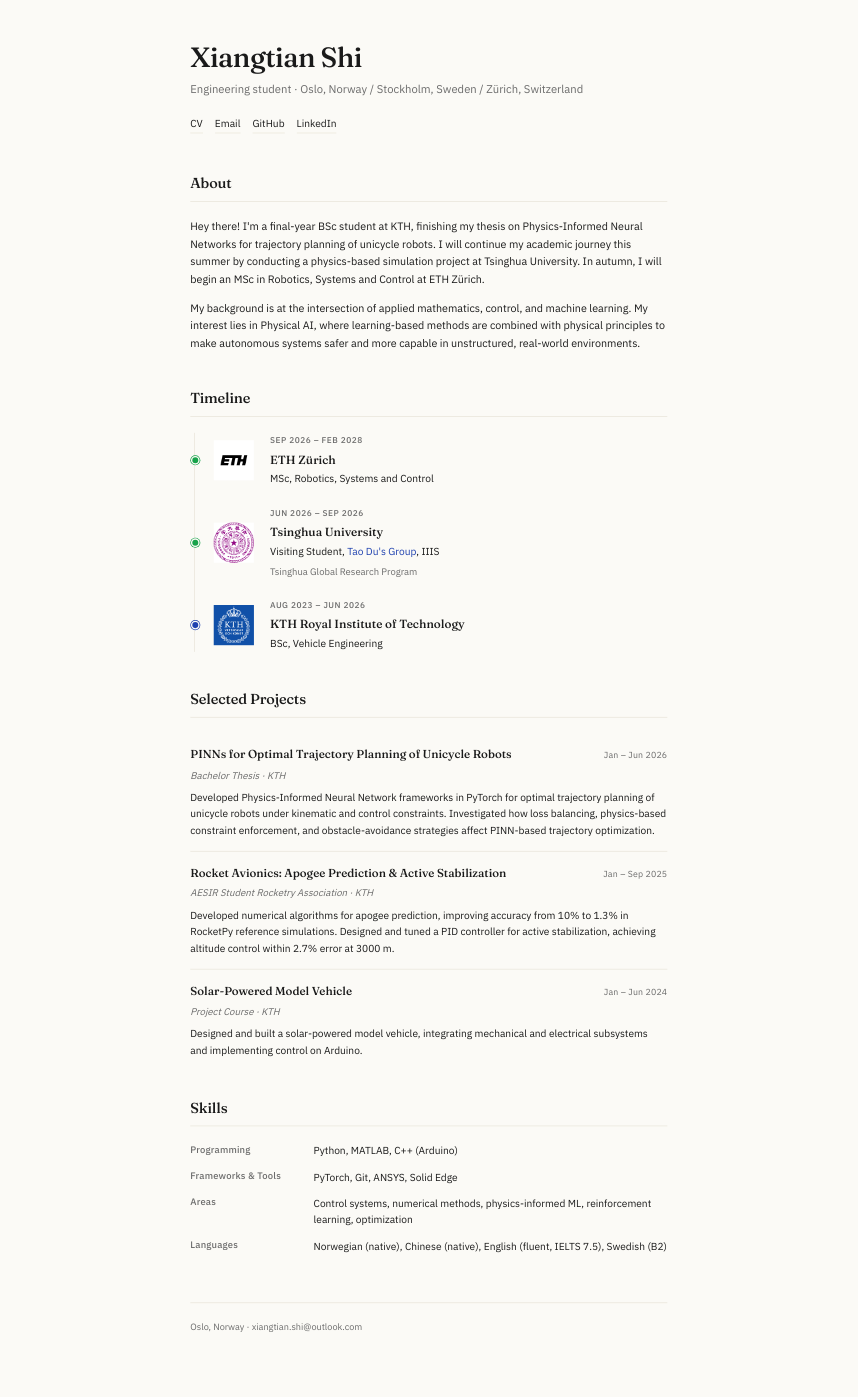
Repository: xitisch/xitisch.github.io
Page: index.html
These files come from the project's save history. The page is drawn as it stood at one moment and after the next save; the edit follows.
The browser window is 1280 px wide. The pictures show the whole page, at 67% of full size.

Above is the page before, as saved 2026-06-08 03:29:14.

### index.html
<!doctype html>
<html lang="en">
<head>
  <meta charset="UTF-8">
  <meta name="viewport" content="width=device-width, initial-scale=1.0">
  <link rel="stylesheet" href="style.css">
  <title>Xiangtian Shi</title>
</head>
<body>
  <div class="container">

    <header>
      <h1>Xiangtian Shi</h1>
      <p class="tagline">Engineering student &middot; Oslo, Norway / Stockholm, Sweden / Zürich, Switzerland</p>
      <nav class="header-links">
        <a href="XiangtianShi_CV.pdf" target="_blank">CV</a>
        <a href="mailto:xiangtian.shi@outlook.com">Email</a>
        <a href="https://github.com/xitisch">GitHub</a>
        <a href="https://www.linkedin.com/in/xiangtian-shi-5ab47428b/">LinkedIn</a>
      </nav>
    </header>

    <section>
      <h2>About</h2>
      <p>
      Hey there! I'm a final-year BSc student at KTH, finishing my thesis on Physics-Informed Neural Networks for trajectory planning of unicycle robots. I will continue my academic journey this summer by conducting a physics-based simulation project at Tsinghua University. In autumn, I will begin an MSc in Robotics, Systems and Control at ETH Zürich.
      </p>
      <p>
      My background is at the intersection of applied mathematics, control, and machine learning. My interest lies in Physical AI, where learning-based methods are combined with physical principles to make autonomous systems safer and more capable in unstructured, real-world environments.
      </p>
    </section>

    <section>
      <h2>Timeline</h2>
      <div class="timeline">

        <div class="timeline-item current">
          <img class="timeline-logo" src="images/eth.png" alt="ETH logo">
          <div class="timeline-item-text">
            <div class="timeline-date">Sep 2026 &ndash; Feb 2028</div>
            <div class="timeline-title">ETH Zürich</div>
            <div class="timeline-meta">MSc, Robotics, Systems and Control</div>
          </div>
        </div>

        <div class="timeline-item current">
          <img class="timeline-logo" src="images/thu.png" alt="THU logo">
          <div class="timeline-item-text">
            <div class="timeline-date">Jun 2026 &ndash; Sep 2026</div>
            <div class="timeline-title">Tsinghua University</div>
            <div class="timeline-meta">Visiting Student, <a href="https://people.iiis.tsinghua.edu.cn/~taodu/">Tao Du's Group</a>, IIIS</div>
            <div class="timeline-note">Tsinghua Global Research Program</div>
          </div>
        </div>

        <div class="timeline-item">
          <img class="timeline-logo" src="images/kth.jpg" alt="KTH logo">
          <div class="timeline-item-text">
            <div class="timeline-date">Aug 2023 &ndash; Jun 2026</div>
            <div class="timeline-title">KTH Royal Institute of Technology</div>
            <div class="timeline-meta">BSc, Vehicle Engineering</div>
          </div>
        </div>

      </div>
    </section>

    <section>
      <h2>Selected Projects</h2>

      <!--
      <article class="project">
        <div class="project-header">
          <h3 class="project-title">Reinforcement Learning for Soft Robot Control <span class="tag">Upcoming</span></h3>
          <div class="project-date">Jun &ndash; Aug 2026</div>
        </div>
        <div class="project-affiliation">Tao Du's Group, IIIS &middot; Tsinghua University</div>
        <p class="project-description">
          Extending a simulation framework to develop RL-based control of soft robotic systems in fluid environments, using lattice Boltzmann simulations.
        </p>
      </article>
      -->

      <article class="project">
        <div class="project-header">
          <h3 class="project-title">PINNs for Optimal Trajectory Planning of Unicycle Robots</h3>
          <div class="project-date">Jan &ndash; Jun 2026</div>
        </div>
        <div class="project-affiliation">Bachelor Thesis &middot; KTH</div>
        <p class="project-description">
          Developed Physics-Informed Neural Network frameworks in PyTorch for optimal trajectory planning of unicycle robots under kinematic and control constraints. Investigated how loss balancing, physics-based constraint enforcement, and obstacle-avoidance strategies affect PINN-based trajectory optimization.
        </p>
      </article>

      <article class="project">
        <div class="project-header">
          <h3 class="project-title">Rocket Avionics: Apogee Prediction &amp; Active Stabilization</h3>
          <div class="project-date">Jan &ndash; Sep 2025</div>
        </div>
        <div class="project-affiliation">AESIR Student Rocketry Association &middot; KTH</div>
        <p class="project-description">
          Developed numerical algorithms for apogee prediction, improving accuracy from 10% to 1.3% in RocketPy reference simulations. Designed and tuned a PID controller for active stabilization, achieving altitude control within 2.7% error at 3000&nbsp;m.
        </p>
      </article>

      <article class="project">
        <div class="project-header">
          <h3 class="project-title">Solar-Powered Model Vehicle</h3>
          <div class="project-date">Jan &ndash; Jun 2024</div>
        </div>
        <div class="project-affiliation">Project Course &middot; KTH</div>
        <p class="project-description">
          Designed and built a solar-powered model vehicle, integrating mechanical and electrical subsystems and implementing control on Arduino.
        </p>
      </article>

    </section>

    <section>
      <h2>Skills</h2>
      <dl class="skills-grid">
        <dt>Programming</dt>
        <dd>Python, MATLAB, C++ (Arduino)</dd>

        <dt>Frameworks &amp; Tools</dt>
        <dd>PyTorch, Git, ANSYS, Solid Edge</dd>

        <dt>Areas</dt>
        <dd>Control systems, numerical methods, physics-informed ML, reinforcement learning, optimization</dd>

        <dt>Languages</dt>
        <dd>Norwegian (native), Chinese (native), English (fluent, IELTS 7.5), Swedish (B2)</dd>
      </dl>
    </section>

    <!--
    <section>
      <h2>Beyond Engineering</h2>
      <p>
        Outside of work I play violin (10+ years, former regional competition winner) and table tennis (regional club), and spend as much time as possible hiking, skiing, and running &mdash; most recently the Stockholm Half Marathon 2025. From 2019 to 2022 I competed in Esports; my team won the PUBG Mobile Pro League Western Europe 2021 Spring Season among 16 professional teams.
      </p>
    </section>
    -->

    <footer>
      <p>Oslo, Norway &middot; <a href="mailto:xiangtian.shi@outlook.com">xiangtian.shi@outlook.com</a></p>
    </footer>

  </div>
</body>
</html>

### style.css
@import url('https://fonts.googleapis.com/css2?family=Fraunces:opsz,wght@9..144,400;9..144,500;9..144,600&family=IBM+Plex+Sans:wght@400;500;600&display=swap');

:root {
  --bg: #fbfaf6;
  --text: #1a1a1a;
  --text-muted: #6b6b6b;
  --border: #e7e3d7;
  --accent: #1e40af;
  --accent-soft: rgba(30, 64, 175, 0.08);
  --serif: 'Fraunces', Georgia, serif;
  --sans: 'IBM Plex Sans', -apple-system, BlinkMacSystemFont, sans-serif;
}

* { box-sizing: border-box; }

html { -webkit-text-size-adjust: 100%; }

body {
  font-family: var(--sans);
  background: var(--bg);
  color: var(--text);
  line-height: 1.65;
  margin: 0;
  font-size: 16px;
  -webkit-font-smoothing: antialiased;
  -moz-osx-font-smoothing: grayscale;
}

.container {
  max-width: 760px;
  margin: 0 auto;
  padding: 64px 24px 80px;
}

/* ---------- Typography ---------- */

h1 {
  font-family: var(--serif);
  font-weight: 500;
  font-size: 2.6rem;
  line-height: 1.05;
  margin: 0 0 0.3em;
  letter-spacing: -0.02em;
}

h2 {
  font-family: var(--serif);
  font-weight: 500;
  font-size: 1.35rem;
  margin: 0 0 1.1em;
  letter-spacing: -0.01em;
  padding-bottom: 0.4em;
  border-bottom: 1px solid var(--border);
}

h3 {
  margin: 0;
  font-weight: 500;
  font-size: 1rem;
}

p { margin: 0 0 1em; }

a {
  color: var(--accent);
  text-decoration: none;
  border-bottom: 1px solid transparent;
  transition: border-color 0.15s ease;
}

a:hover { border-bottom-color: var(--accent); }

/* ---------- Header ---------- */

header { margin-bottom: 56px; }

.tagline {
  color: var(--text-muted);
  font-size: 1.05rem;
  margin: 0 0 1.4em;
  max-width: 60ch;
}

.header-links {
  display: flex;
  flex-wrap: wrap;
  gap: 18px;
  font-size: 0.95rem;
}

.header-links a {
  color: var(--text);
  border-bottom: 1px solid var(--border);
  padding-bottom: 2px;
}

.header-links a:hover {
  border-bottom-color: var(--accent);
  color: var(--accent);
}

/* ---------- Sections ---------- */

section { margin-bottom: 52px; }

/* ---------- Timeline ---------- */

.timeline {
  position: relative;
  margin-left: 6px;
  padding-left: 28px;
  border-left: 1px solid var(--border);
}

.timeline-item {
  position: relative;
  margin-bottom: 28px;
  display: flex;
  align-items: center;
  gap: 24px;
}

.timeline-item-text {
  flex: 1 1 auto;
  min-width: 0;
}

.timeline-logo {
  width: 60px;
  height: 60px;
  object-fit: contain;
  flex-shrink: 0;
}

.timeline-item:last-child { margin-bottom: 0; }

.timeline-item::before {
  content: '';
  position: absolute;
  left: -34px;
  top: 50%;
  transform: translateY(-50%);
  width: 9px;
  height: 9px;
  background: var(--accent);
  border-radius: 50%;
  border: 2px solid var(--bg);
  box-shadow: 0 0 0 1px var(--accent);
}

.timeline-item.current::before {
  background: #16a34a;
  box-shadow: 0 0 0 1px #16a34a;
}

.timeline-item.future::before {
  background: var(--bg);
  box-shadow: 0 0 0 1px var(--accent);
}

.timeline-date {
  font-size: 0.78rem;
  color: var(--text-muted);
  font-weight: 500;
  letter-spacing: 0.06em;
  text-transform: uppercase;
  margin-bottom: 4px;
}

.timeline-title {
  font-family: var(--serif);
  font-size: 1.1rem;
  font-weight: 500;
  margin-bottom: 2px;
}

.timeline-meta {
  color: var(--text);
  font-size: 0.95rem;
}

.timeline-note {
  margin-top: 6px;
  font-size: 0.88rem;
  color: var(--text-muted);
}

/* ---------- Projects / Experience entries ---------- */

.project {
  padding: 18px 0;
  border-bottom: 1px solid var(--border);
}

.project:first-child { padding-top: 4px; }
.project:last-child { border-bottom: none; padding-bottom: 4px; }

.project-header {
  display: flex;
  justify-content: space-between;
  align-items: baseline;
  gap: 16px;
  margin-bottom: 4px;
  flex-wrap: wrap;
}

.project-title {
  font-family: var(--serif);
  font-size: 1.08rem;
  font-weight: 500;
  flex: 1 1 auto;
  min-width: 0;
}

.project-date {
  font-size: 0.82rem;
  color: var(--text-muted);
  white-space: nowrap;
  letter-spacing: 0.02em;
}

.project-affiliation {
  color: var(--text-muted);
  font-size: 0.9rem;
  margin-bottom: 8px;
  font-style: italic;
}

.project-description {
  margin: 0;
  font-size: 0.95rem;
}

.tag {
  display: inline-block;
  font-family: var(--sans);
  font-size: 0.68rem;
  padding: 2px 8px;
  background: var(--accent-soft);
  color: var(--accent);
  border-radius: 3px;
  margin-left: 8px;
  font-weight: 500;
  letter-spacing: 0.08em;
  text-transform: uppercase;
  vertical-align: middle;
  font-style: normal;
}

/* ---------- Skills ---------- */

.skills-grid {
  display: grid;
  grid-template-columns: 160px 1fr;
  gap: 14px 24px;
  margin: 0;
}

.skills-grid dt {
  font-weight: 500;
  color: var(--text-muted);
  font-size: 0.88rem;
  letter-spacing: 0.02em;
}

.skills-grid dd {
  margin: 0;
  font-size: 0.95rem;
}

/* ---------- Footer ---------- */

footer {
  margin-top: 72px;
  padding-top: 24px;
  border-top: 1px solid var(--border);
  font-size: 0.85rem;
  color: var(--text-muted);
}

footer a { color: var(--text-muted); }
footer a:hover { color: var(--accent); }

/* ---------- Responsive ---------- */

@media (max-width: 600px) {
  .container { padding: 40px 20px 60px; }
  h1 { font-size: 2.05rem; }
  h2 { font-size: 1.2rem; }

  .skills-grid {
    grid-template-columns: 1fr;
    gap: 2px 0;
  }
  .skills-grid dt { margin-top: 10px; }
  .skills-grid dt:first-child { margin-top: 0; }

  .project-header {
    flex-direction: column;
    align-items: flex-start;
    gap: 2px;
  }
  .project-date { font-size: 0.78rem; }

  .timeline { padding-left: 22px; }
  .timeline-item::before { left: -28px; }
  .timeline-item { gap: 16px; }
  .timeline-logo { width: 48px; height: 48px; }
}

After the next save:
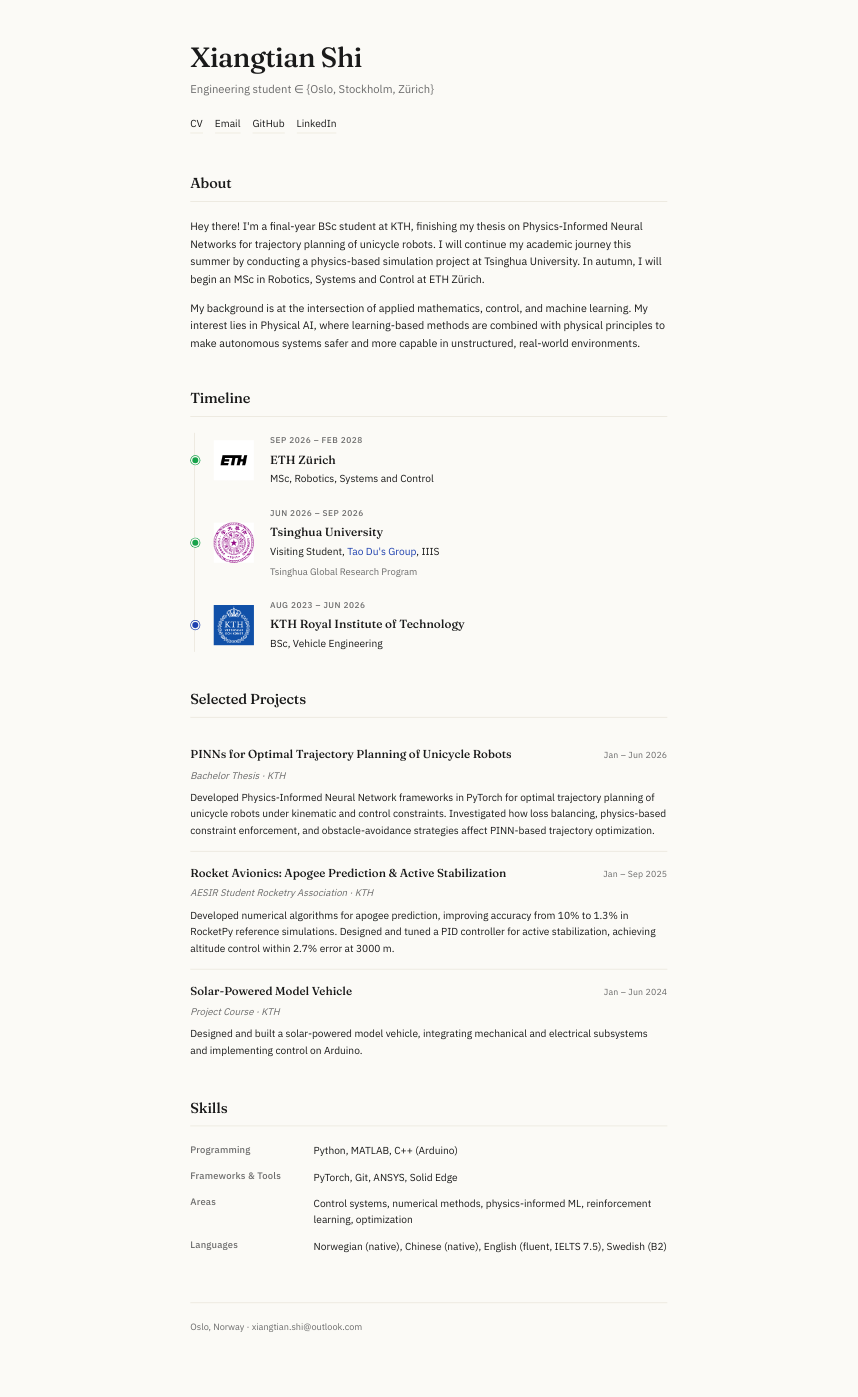
Saved 117 s later.
--- a/index.html
+++ b/index.html
@@ -11,7 +11,7 @@
 
     <header>
       <h1>Xiangtian Shi</h1>
-      <p class="tagline">Engineering student &middot; Oslo, Norway / Stockholm, Sweden / Zürich, Switzerland</p>
+      <p class="tagline">Engineering student &isin; {Oslo, Stockholm, Zürich}</p>
       <nav class="header-links">
         <a href="XiangtianShi_CV.pdf" target="_blank">CV</a>
         <a href="mailto:xiangtian.shi@outlook.com">Email</a>
